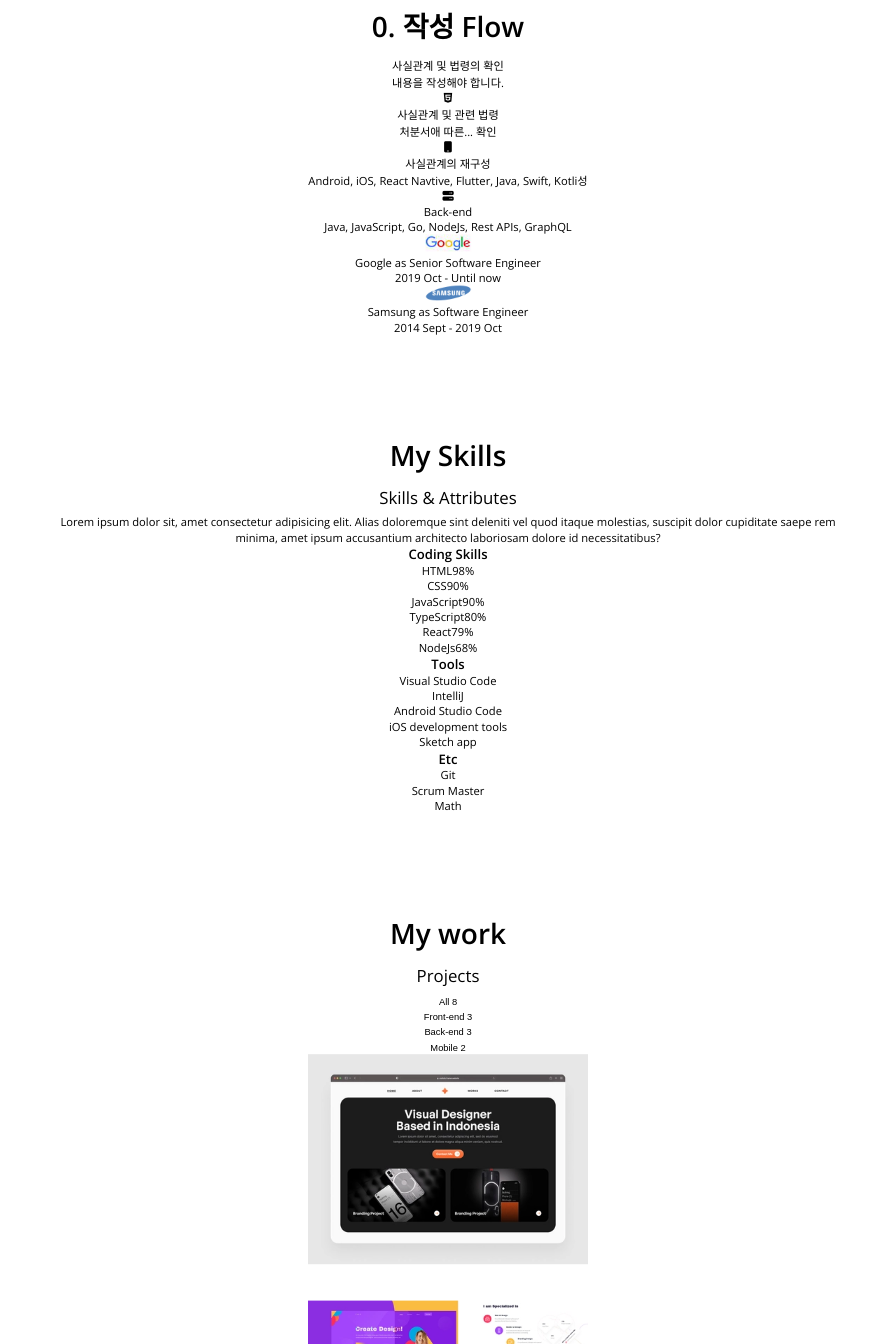
Repository: eggmoon/eggmoon_new
Page: index.html
The author's editor kept a copy of each file at every save. The page is drawn from the files as they stood at one save, then again after a run of saves.
The browser window is 1280 px wide. The pictures show the part of the page from y = 740 to 2660 px (the page is 6798 px tall before and 6783 px after), at 70% of full size.
Some web libraries are served in a nearby version.

Above is the page before, as saved 2025-02-26 11:33:00.

After the next 2 saves:
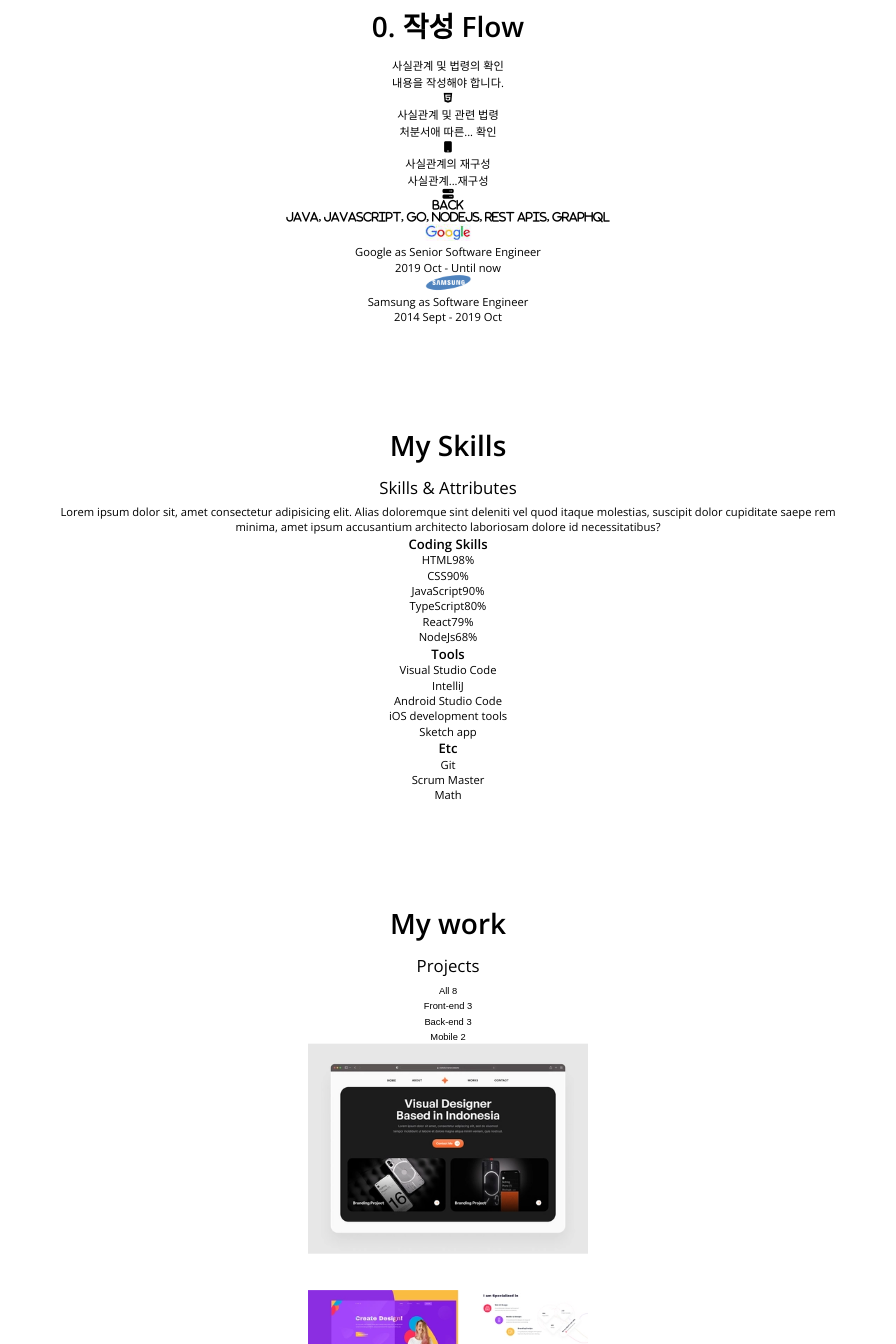
The 2 saves are shown as one change because they came seconds apart.
The last was saved 12 s later.
--- a/index.html
+++ b/index.html
@@ -78,11 +78,11 @@
           <li>
             <i class="fa-solid fa-mobile"></i>
             <p>사실관계의 재구성</p>
-            <p>Android, iOS, React Navtive, Flutter, Java, Swift, Kotli성</p>
-          </li>
-          <li>
+            <p>사실관계...재구성</p>
+          </li>
+          <li성
             <i class="fa-solid fa-server"></i>
-            <p>Back-end</p>
+            <p>Back</p>
             <p>Java, JavaScript, Go, NodeJs, Rest APIs, GraphQL</p>
           </li>
         </ul>
